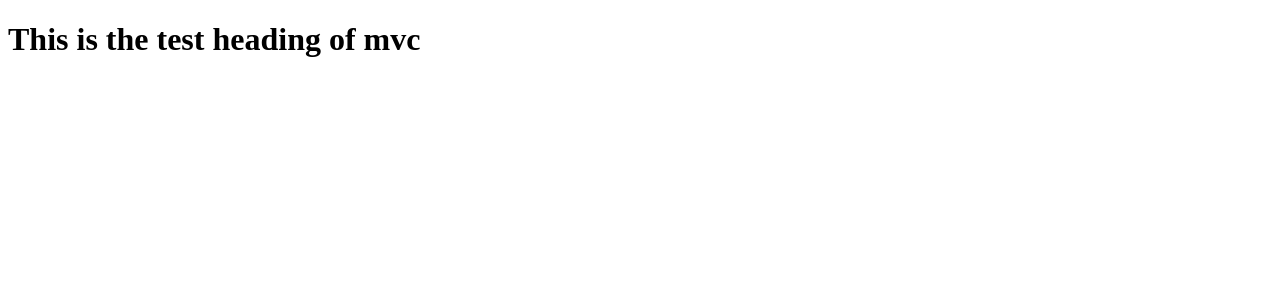
Repository: parvaizsajad/SpringFrameWork
Page: http://localhost/com.spring.mvc/home
The author's editor kept a copy of each file at every save. The page is drawn from the files as they stood at one save, then again after the next save.
The browser window is 1280 px wide. The pictures show the whole page.
The page is served by Tomcat 9. Other server files are loaded and not shown.

Above is the page before, as saved 2021-09-09 13:48:20.

### com.spring.mvc/src/main/webapp/WEB-INF/spring-servlet.xml
<?xml version="1.0" encoding="UTF-8"?>

<!-- 2nd step step create the configuration file. -->

<beans xmlns="http://www.springframework.org/schema/beans"
	xmlns:xsi="http://www.w3.org/2001/XMLSchema-instance" xmlns:context="http://www.springframework.org/schema/context"
	xmlns:p="http://www.springframework.org/schema/p"
		xmlns:c="http://www.springframework.org/schema/c"
	xsi:schemaLocation="http://www.springframework.org/schema/beans
    http://www.springframework.org/schema/beans/spring-beans.xsd
    http://www.springframework.org/schema/context
    http://www.springframework.org/schema/context/spring-context.xsd">
 <!--This is our bean or the metadata for our class  -->

 <context:component-scan base-package="com.spring.mvc.HomeController"></context:component-scan>
   <bean class="org.springframework.web.servlet.view.InternalResourceViewResolver" name="viewResolver">
   <property name="prefix" value="/WEB-INF/views/"></property>
   <property name="suffix" value=".jsp"></property>
   </bean>

   </beans>

### com.spring.mvc/src/main/webapp/WEB-INF/views/index.jsp
<%@ page language="java" contentType="text/html; charset=ISO-8859-1"
    pageEncoding="ISO-8859-1"%>
<!DOCTYPE html>
<html>
<head>
<meta charset="ISO-8859-1">
<title>Parvaiz sajad</title>
</head>
<body>
<h1>This is the test heading of mvc</h1>
</body>
</html>

### com.spring.mvc/src/main/java/com/spring/mvc/HomeController/HomeController.java
package com.spring.mvc.HomeController;

import org.springframework.stereotype.Controller;
import org.springframework.ui.Model;
import org.springframework.web.bind.annotation.RequestMapping;

@Controller
public class HomeController {
	@RequestMapping("/help")
	public String help() {
		System.out.println("this is out help page");

		return "help";
	}

	@RequestMapping("/home")
	public String Home(Model model) {
		System.out.println("this is home url");
		model.addAttribute("name","Parvaiz sajad");
		return "index";
	}
	@RequestMapping("/about")
	public String about() {
		System.out.println("this is out about page");
		return "about";
	}
	@RequestMapping("/services")
	public String services() {

		System.out.println("this is the services page");
		return "services";
	}

}

After the next save:
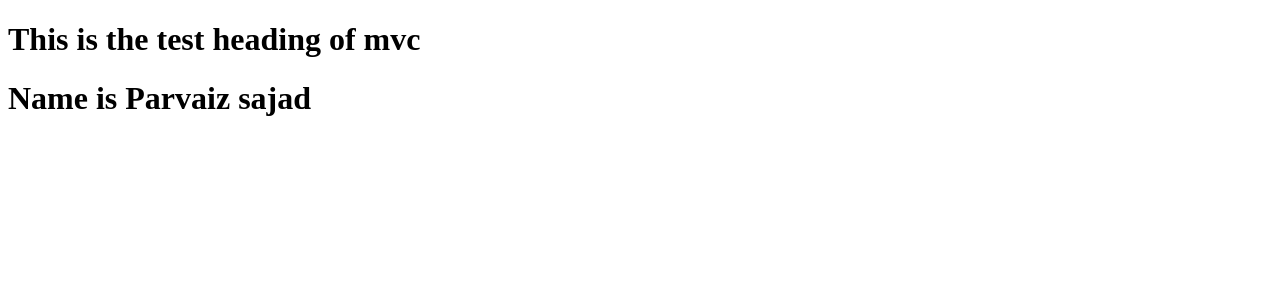
Saved 100 s later.
--- a/com.spring.mvc/src/main/webapp/WEB-INF/views/index.jsp
+++ b/com.spring.mvc/src/main/webapp/WEB-INF/views/index.jsp
@@ -8,5 +8,7 @@
 </head>
 <body>
 <h1>This is the test heading of mvc</h1>
+<%String name=(String)request.getAttribute("name"); %>
+<h1>Name is <%=name %></h1>
 </body>
 </html>
